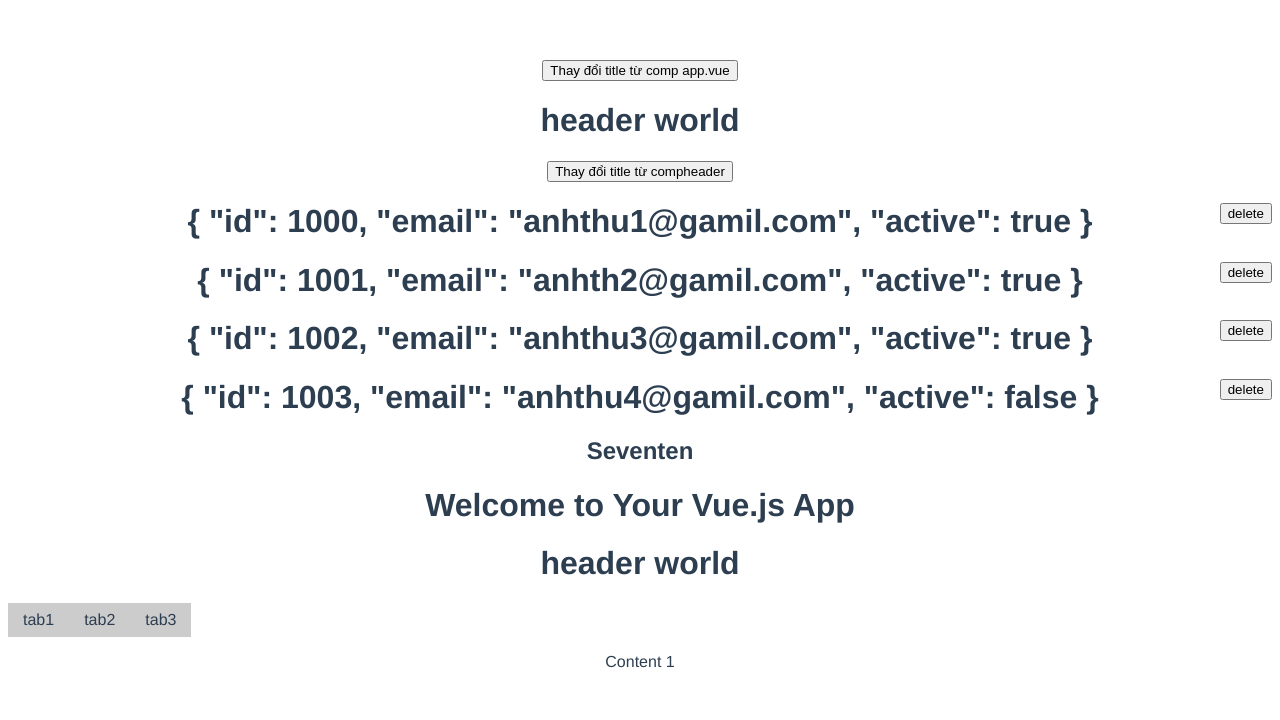
Repository: anhthu112/Todo-list
Page: /
The author's editor kept a copy of each file at every save. The page is drawn from the files as they stood at one save, then again after the next save.
The browser window is 1280 px wide. The pictures show the whole page.
The project was rebuilt for these pictures with package versions that can differ from the ones it lists, and the page was loaded fresh each time. Also part of the build but not shown: vue.config.js.

Above is the page before, as saved 2024-01-29 16:04:00.

After the next save:
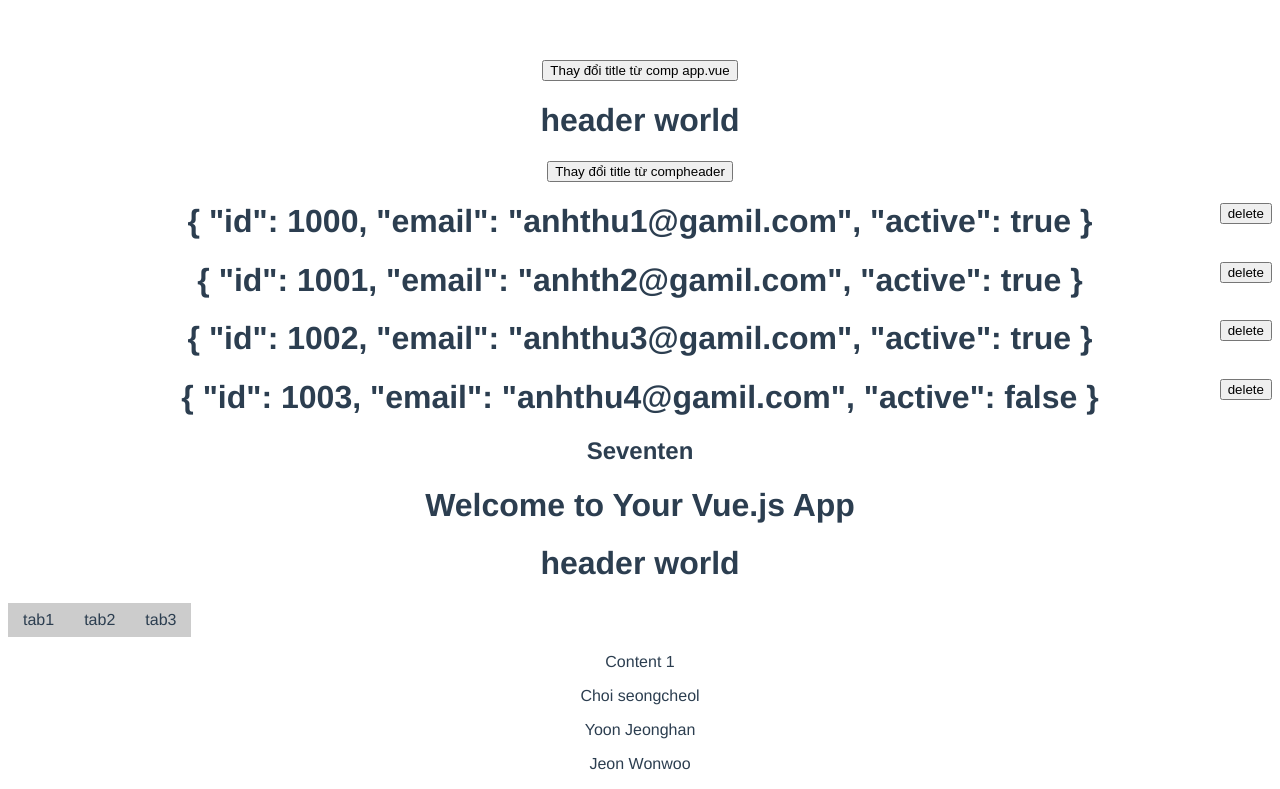
Saved 82 s later.
--- a/src/components/CompTransaction.vue
+++ b/src/components/CompTransaction.vue
@@ -1,5 +1,5 @@
 <template>
-
+  <p v-for="todo in todo" v-bind:key="todo">{{ todo }}</p>
 </template>
 
 <script>
